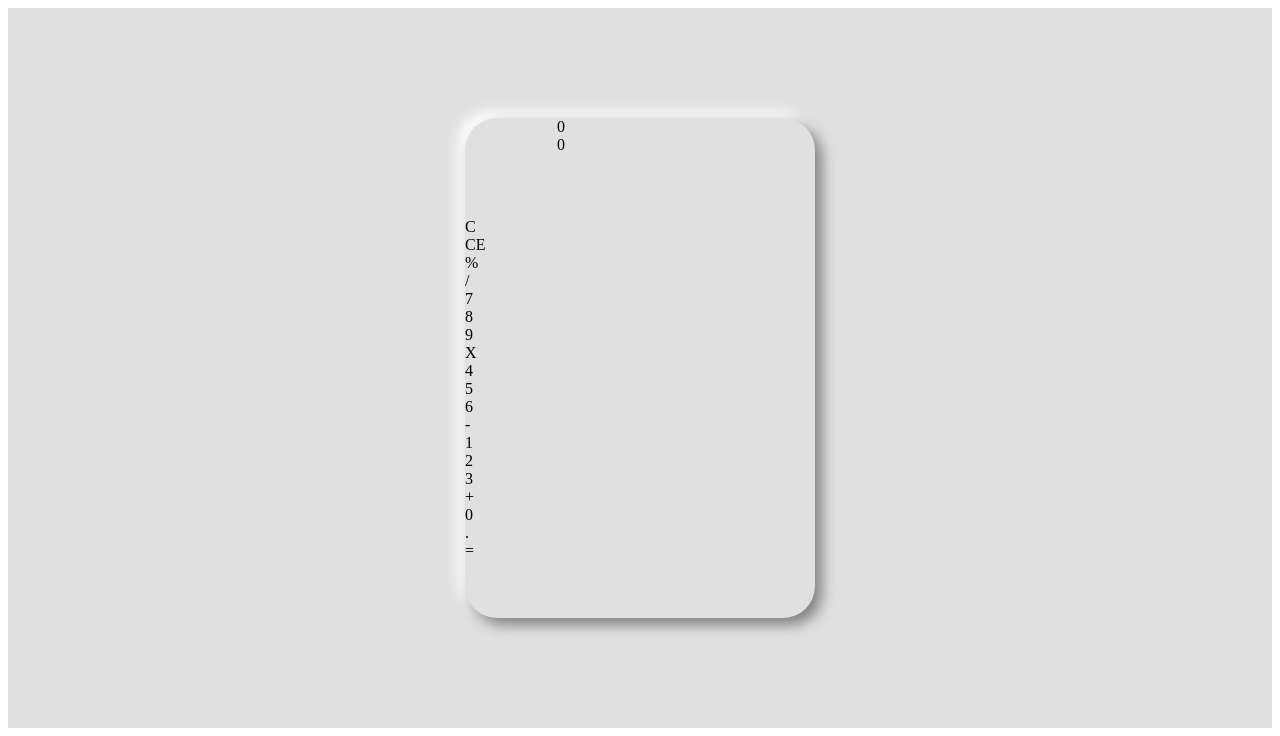
Repository: Goldmyn/Calculator
Page: index.html
An editor plug-in stored every save of this project. The page is shown before and after a run of saves, followed by the edit.
The browser window is 1280 px wide. The pictures show the whole page.

Above is the page before, as saved 2022-09-28 01:34:44.

After the next 4 saves:
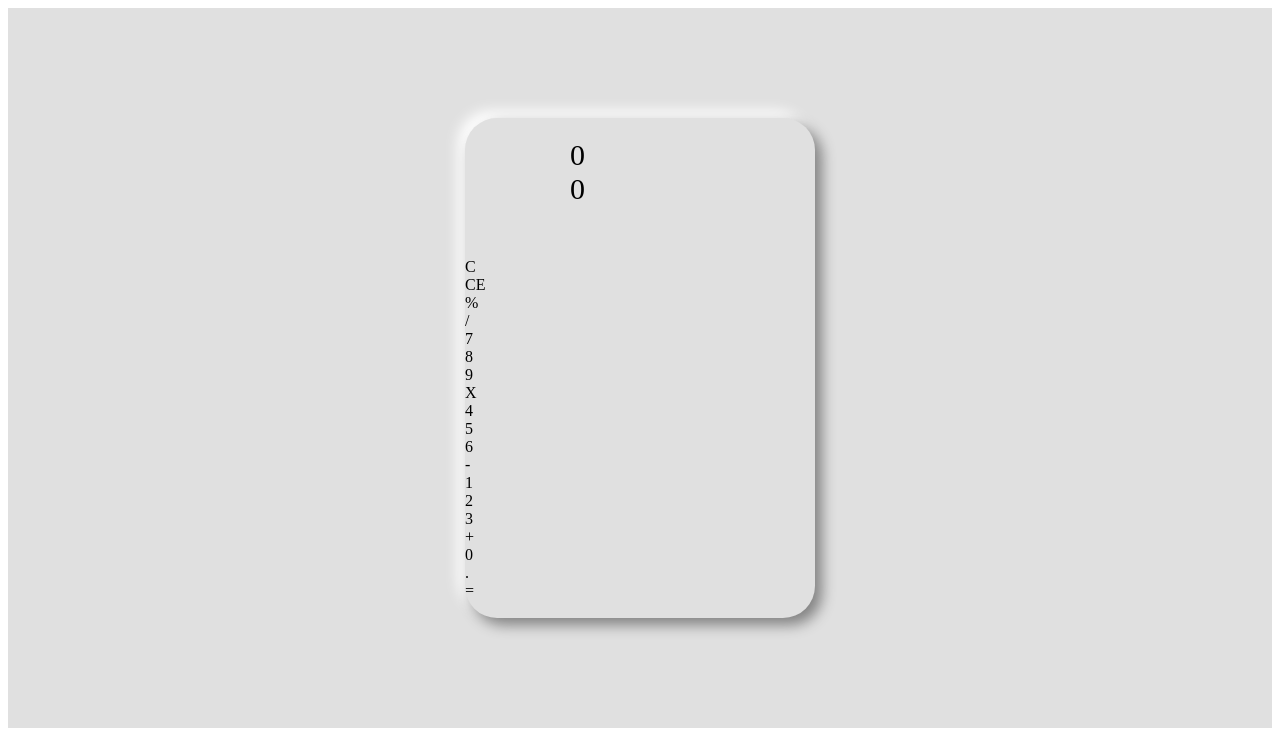
The 4 saves are shown as one change because they came seconds apart.
The last was saved 12 s later.
--- a/index.css
+++ b/index.css
@@ -26,5 +26,6 @@ section {
     height: 100px;
     width: 100px;
     text-align: right;
-    padding: ;
+    padding: 20px;
+    font-size: 30px;
 }
